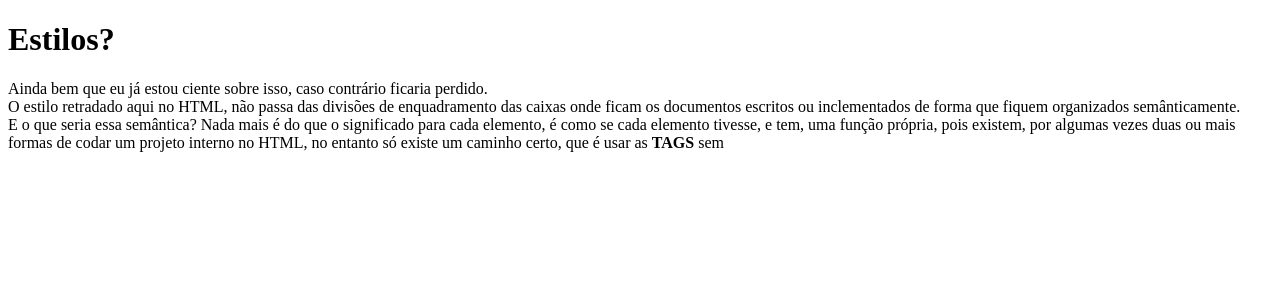
Repository: ErikMesquita/Danki-Code
Page: estilos/index.html
An editor plug-in stored every save of this project. The page is shown before and after the next save, followed by the edit.
The browser window is 1280 px wide. The pictures show the whole page.

Above is the page before, as saved 2023-10-29 18:12:54.

### estilos/index.html
<!DOCTYPE html>
<html lang="pt-br">

<head>
    <meta charset="UTF-8">
    <meta name="viewport" content="width=device-width, initial-scale=1.0">
    <title>Estilos em HTML</title>
</head>

<body>
    <h1>Estilos?</h1>
        <p>
            Ainda bem que eu já estou ciente sobre isso, caso contrário ficaria perdido. <br>
            O estilo retradado aqui no HTML, não passa das divisões de enquadramento das caixas onde ficam os documentos escritos ou inclementados de forma que fiquem organizados semânticamente. <br>
            E o que seria essa semântica? Nada mais é do que o significado para cada elemento, é como se cada elemento tivesse, e tem, uma função própria, pois existem, por algumas vezes duas ou mais formas de codar um projeto interno no HTML, no entanto só existe um caminho certo, que é usar as <strong>TAGS</strong> sem
        </p>
</body>

</html>

After the next save:
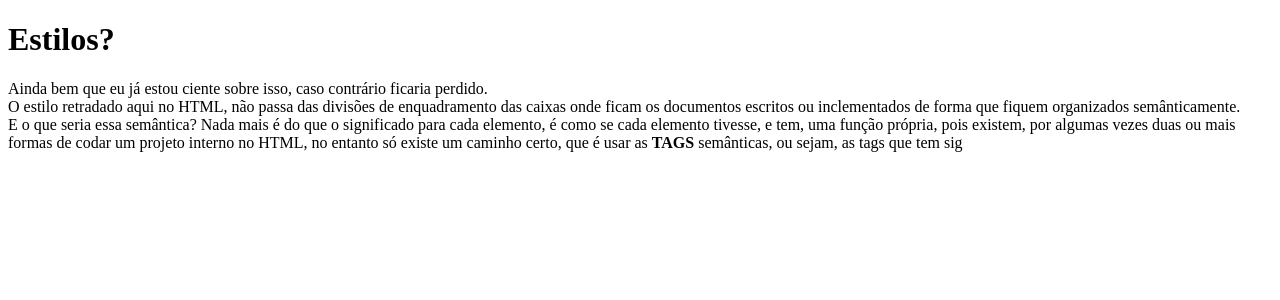
Saved 10 s later.
--- a/estilos/index.html
+++ b/estilos/index.html
@@ -12,7 +12,7 @@
         <p>
             Ainda bem que eu já estou ciente sobre isso, caso contrário ficaria perdido. <br>
             O estilo retradado aqui no HTML, não passa das divisões de enquadramento das caixas onde ficam os documentos escritos ou inclementados de forma que fiquem organizados semânticamente. <br>
-            E o que seria essa semântica? Nada mais é do que o significado para cada elemento, é como se cada elemento tivesse, e tem, uma função própria, pois existem, por algumas vezes duas ou mais formas de codar um projeto interno no HTML, no entanto só existe um caminho certo, que é usar as <strong>TAGS</strong> sem
+            E o que seria essa semântica? Nada mais é do que o significado para cada elemento, é como se cada elemento tivesse, e tem, uma função própria, pois existem, por algumas vezes duas ou mais formas de codar um projeto interno no HTML, no entanto só existe um caminho certo, que é usar as <strong>TAGS</strong> semânticas, ou sejam, as tags que tem sig
         </p>
 </body>
 
